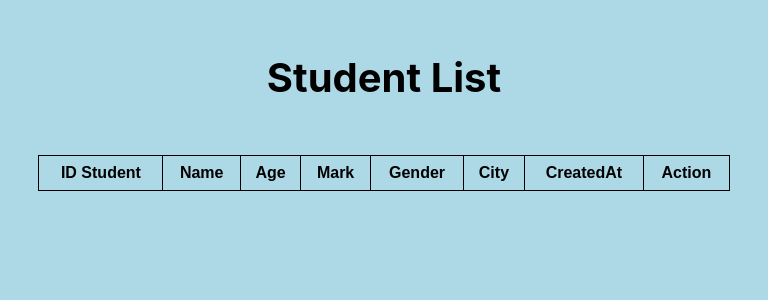
Repository: haminhdat1407/react-api-student
Page: /
The author's editor kept a copy of each file at every save. The page is drawn from the files as they stood at one save, then again after the next save.
The browser window is 768 px wide. The pictures show the whole page.
The page's requests for data from a server got no answer. The project was rebuilt for these pictures with package versions that can differ from the ones it lists, and the page was loaded fresh each time. No one was signed in, and anything a server would have sent is missing. Also part of the build but not shown: src/styles.css.

Above is the page before, as saved 2022-03-12 14:53:59.

After the next save:
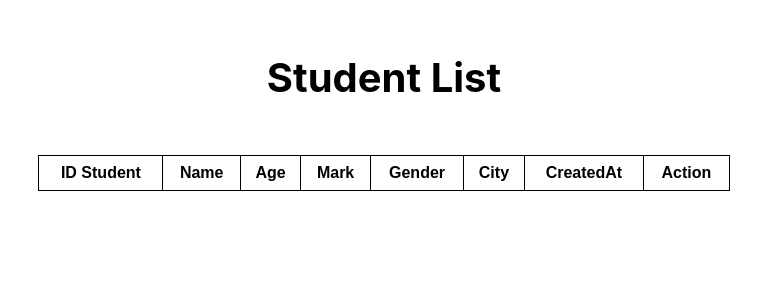
Saved 4 s later.
--- a/src/components/StudentList/style.css
+++ b/src/components/StudentList/style.css
@@ -29,7 +29,7 @@ tr:nth-child(even) {
 }
 
 @media only screen and (max-width: 900px) {
-  body {
+  className='res' {
     background-color: lightblue;
   }
 }
